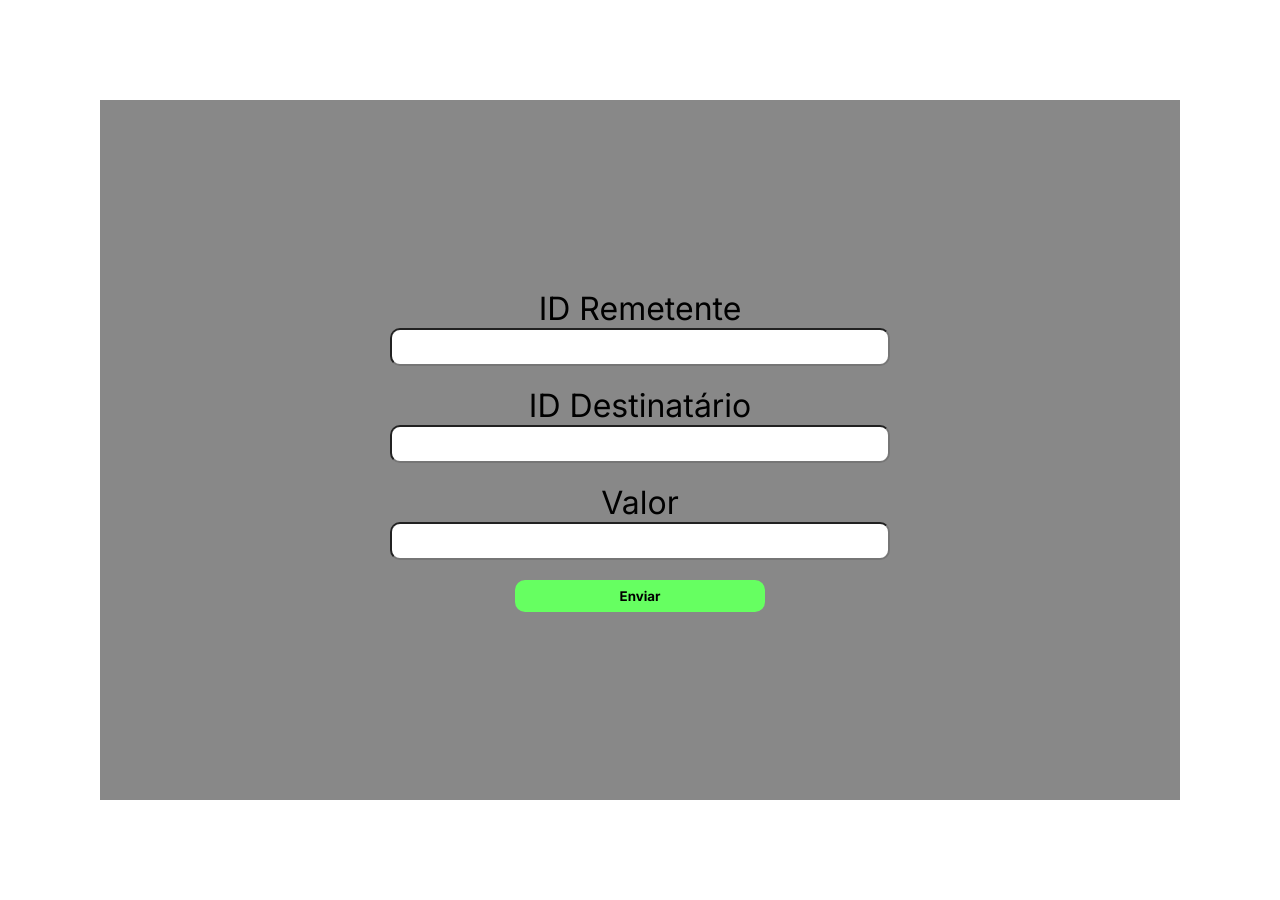
Repository: mateusilva8/tarefa-pix
Page: frontend/pix.html
These files come from the project's save history. The page is drawn as it stood at one moment and after the next save; the edit follows.
The browser window is 1280 px wide. The pictures show the whole page.

Above is the page before, as saved 2023-10-22 14:14:20.

After the next save:
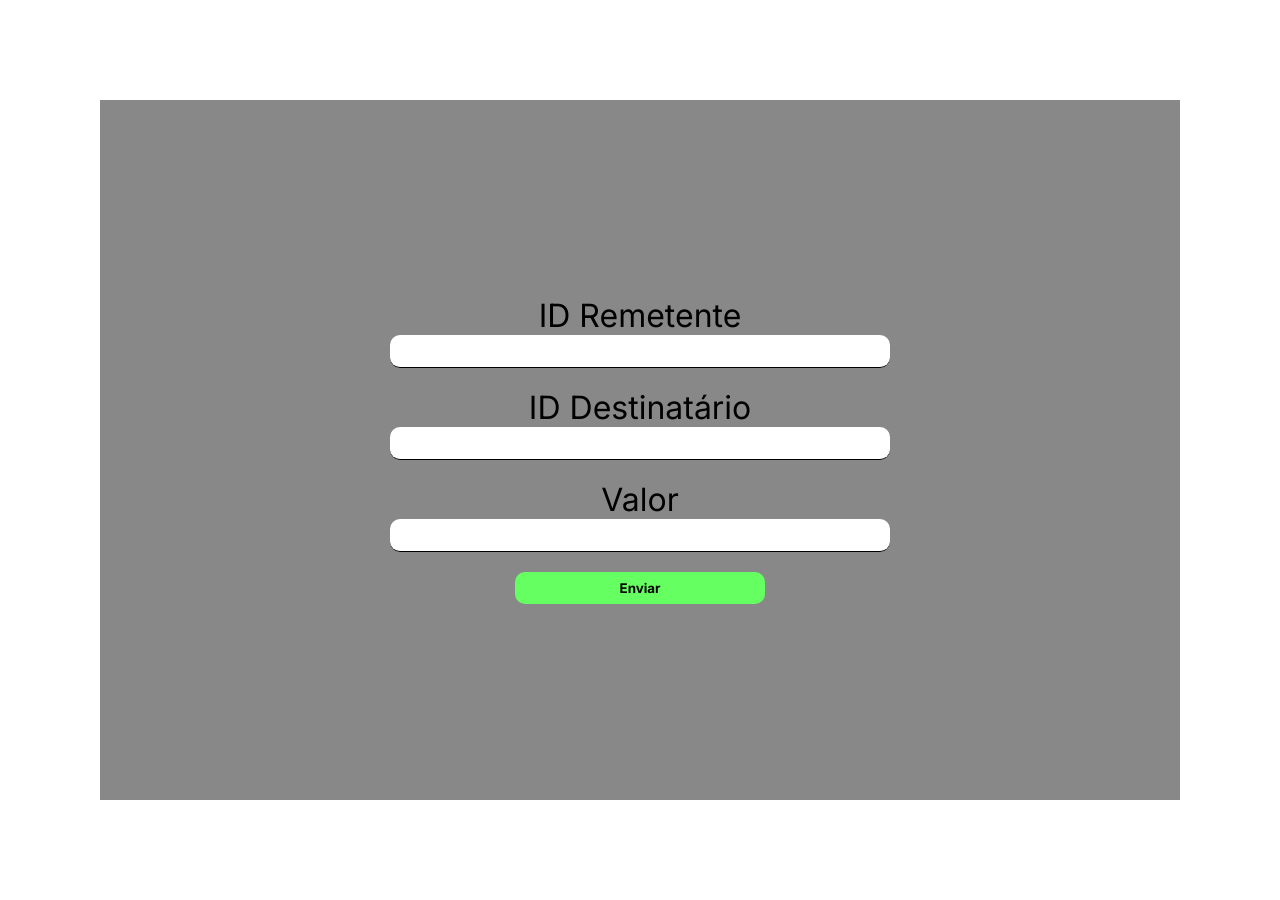
Saved 62 s later.
--- a/frontend/css/pix.css
+++ b/frontend/css/pix.css
@@ -39,7 +39,15 @@ body {
 input {
     height: 2rem;
     border-radius: 10px;
+    margin: 0;
+    padding: 0;
+    border: none;
+    border-bottom: 1px solid #000;
+    outline: none;
 
+    &:focus {
+        border-bottom: 2px solid #00f;
+    }
 }
 
 .btn {
